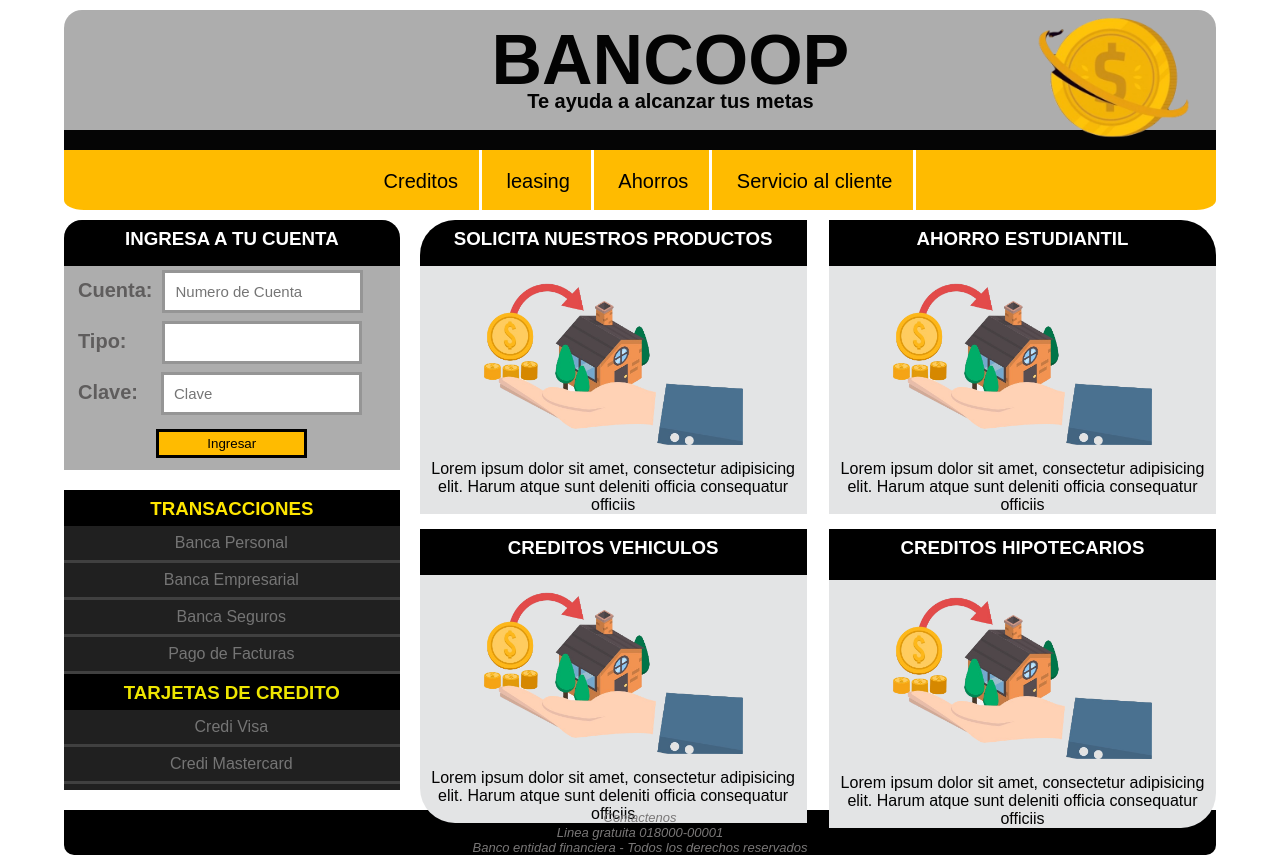
Repository: NickArregoces/BANCOOP
Page: Index.html
The author's editor kept a copy of each file at every save. The page is drawn from the files as they stood at one save, then again after the next save.
The browser window is 1280 px wide. The pictures show the whole page.

Above is the page before, as saved 2021-10-04 17:47:11.

### Index.html
<!DOCTYPE html>
<html lang="en">
<head>
    <meta charset="UTF-8">
    <meta http-equiv="X-UA-Compatible" content="IE=edge">
    <meta name="viewport" content="width=device-width, initial-scale=1.0">
    <title>BANCOOP Home</title>
    <link rel="stylesheet" href="/CSS/Style.css">

</head>
<body>
    <div id="head">
        <header>
            <div class="image">
                <img src="/Images/logo.png" alt="logo">
            </div>
            <div class="title" >
                <h1>BANCOOP</h1>
                <h3>Te ayuda a alcanzar tus metas</h3>
            </div>

        </header>

        <nav class="barra"></nav>

        <div class="navegador">
            <ul class="menu">
                <li><a href="#">Creditos</a></li>
                <li><a href="#">leasing</a></li>
                <li><a href="#">Ahorros</a></li>
                <li><a href="#">Servicio al cliente</a></li>
            </ul>
        </div>

    </div>
        <div id="Contenido">
            <div class="section">
                <form action="" class="login">
                    <h3 style="color: rgb(255, 255, 255);">INGRESA A TU CUENTA</h3>
                        <div class="cuenta">
                            <h4>Cuenta:<input type="number" placeholder="Numero de Cuenta" required></h4>
                        </div>

                        <div class="tipo">
                            <h4>Tipo:<input type="text" required></h4>
                        </div>

                        <div class="clave">
                            <h4>Clave:<input type="password" placeholder="Clave" required></h4>
                        </div>

                    <div class="center">
                        <button class="sumbit"> Ingresar </button>
                    </div>

                </form>

                <article class="opciones">
                    <h3 style="color: rgb(255, 230, 0);">TRANSACCIONES</h3>
                    <li><a href="#">Banca Personal</a></li>
                    <li><a href="#">Banca Empresarial</a></li>
                    <li><a href="#">Banca Seguros</a></li>
                    <li><a href="#">Pago de Facturas</a></li>

                    <h3 style="color: rgb(238, 230, 0);">TARJETAS DE CREDITO</h3>
                    <li><a href="#">Credi Visa</a></li>
                    <li><a href="#">Credi Mastercard</a></li>
                </article>
            </div>

            <div id="Cuadros">
                <aside>
                    <div class="solicita">
                        <h3 style="color: rgb(255, 255, 255);">SOLICITA NUESTROS PRODUCTOS</h3>

                        <div id="Prueba">
                        <img id="Prubea" src="/Images/Wallpaper(80).jpg" alt="">
                        </div>

                        <p>Lorem ipsum dolor sit amet, consectetur adipisicing elit.
                            Harum atque sunt deleniti officia consequatur officiis</p>
                    </div>

                    <div class="ahorro">
                        <h3 style="color: rgb(255, 255, 255);">AHORRO ESTUDIANTIL</h3>

                        <div id="Prueba">
                        <img id="Prubea" src="/Images/Wallpaper(80).jpg" alt="">
                        </div>

                        <p>Lorem ipsum dolor sit amet, consectetur adipisicing elit.
                            Harum atque sunt deleniti officia consequatur officiis</p>
                    </div>

                    <div class="credito">
                        <h3 style="color: rgb(255, 255, 255);">CREDITOS VEHICULOS</h3>

                        <div id="Prueba">
                        <img id="Prubea" src="/Images/Wallpaper(80).jpg" alt="">
                        </div>

                        <p>Lorem ipsum dolor sit amet, consectetur adipisicing elit.
                            Harum atque sunt deleniti officia consequatur officiis</p>
                    </div>
                    <div class="hipotecario">
                        <h3 style="color: rgb(255, 255, 255);">CREDITOS HIPOTECARIOS</h3>

                        <div id="Prueba">
                        <img id="Prubea" src="/Images/Wallpaper(80).jpg" alt="">
                        </div>

                        <p>Lorem ipsum dolor sit amet, consectetur adipisicing elit.
                            Harum atque sunt deleniti officia consequatur officiis</p>
                    </div>
                </aside>
            </div>

            <div>
                <footer>
                        <p>Contactenos</p>
                        <p>Linea gratuita 018000-00001</p>
                        <p>Banco entidad financiera
                        - Todos los derechos reservados</p>
                </footer>
            </div>
        </div>

</body>
</html>

### CSS/Style.css

*{
    margin: 0 auto;
    padding: 0px;
    list-style:none
}
body{
    font-family: Arial, Helvetica, sans-serif;
    background: rgb(255, 255, 255);
    width: 90%;
    color: rgb(3, 3, 3);
}
header{
    width: 100%;
    margin-top: 10px;
    background: rgb(173, 173, 173);
    border-top-left-radius:  18px;
    border-top-right-radius:  18px;
    height: 120px;
}
    img{
        float: right;
        width: 200px;
    }
    .title{
        float: right;
        width: 60%;
        margin-top: 20px;
    }
    header h1{
        font-size: 70px;
        text-align: center;
        line-height: 60px;
        display: block;
    }
    header h3{
        font-size: 20px;
        text-align: center;
    }

nav.barra{
    background: rgb(5, 5, 5);
    height: 20px;
}
div.navegador{
    text-align: center;
}

    ul.menu{
        border-bottom-left-radius: 20px 10px;
        border-bottom-right-radius: 20px 10px;
        background: rgb(255, 187, 0);
        height: 60px;
        list-style: none;
        padding: 0;
        max-width: 10000px;
    }
    .menu li a{
        height: 20px;
        font-size: 20px;
        margin-right: 1px;
        text-decoration: none;
        color:black;
        padding: 20px;
        display: inline-block;
    }
    .menu li {
        border-right: solid white;
        display: inline-block;
        }
    .menu li a:hover{
        background: #242323b6;
        color: white;
        }

.section{
    width: 30%;
    float: left;

}
    form{
        background: rgb(173, 173, 173);
        border-top-left-radius: 18px;
        border-top-right-radius: 18px;
        margin-top: 10px;
        margin-right:10px;
        margin-bottom: 10px;
        height: 250px;
    }
        form h3{
            text-align: center;
            background: black;
            height: 30px;
            padding: 8px;
            border-top-left-radius: 18px;
            border-top-right-radius: 18px;
        }
        form h4{
            font-size: 20px;
            padding: 4px;
            margin-left: 10px;
            color: rgb(95, 93, 93);

        }
        form input{
            font-size: 15px;
            width: 55%;
            padding: 10px;
            display: inline;
            border: solid rgb(149, 149, 149);
            margin-left: 10px;
        }
        div.clave input {
            margin-left: 23px;
        }

        div.tipo input {
            margin-left: 35px;
        }

        div.center{
            margin-top: 10px;
            margin: auto;
            text-align: center;
            width: 50%;
            cursor: pointer;
        }
        button{
            margin-top: 10px;
            width: 90%;
            padding: 4px;
            background: rgb(255, 187, 0);
            border: solid black;
            cursor: pointer;
        }
        button:hover{
            background: #242323b6;
            color: rgb(251, 227, 3);
        }

    article {
        height: 300px;
        background: rgb(32, 32, 32);
        margin-top: 20px;
        margin-right:10px;
        margin-bottom: 10px;
    }
        article h3{
            text-align: center;
            padding: 8px;
            height: 20px;
            background: black;
        }
        .opciones li a{
            margin-right: 1px;
            text-align: center;
            text-decoration: none;
            color:rgb(117, 117, 117);
            padding: 8px;
            display: inline-block;
        }
        .opciones li {
            border-bottom: solid rgba(68, 68, 68, 0.897);
            text-align: center;
            display:inline-flexbox;
            }
        .opciones li a:hover{
            background: #242323b6;
            color: rgb(251, 227, 3);
            }

aside{
    width: 70%;
    height: 580px;
    margin-top: 10px;
    float: right;
    margin-bottom: 10px;
}
    div.solicita{
        width: 48%;
        float: left;
        border-top-left-radius: 35px;
        margin-left: 10px;
        background: #e3e4e5;
        text-align:center;

    }
        #Prueba{
            display: flex;
            align-items: center;
            justify-content: center;
        }
        div.solicita img {
            width: 260px;
            margin-top: 15px;
            margin-bottom: 15px;
        }
        div.solicita h3{
            text-align: center;
            background: black;
            height: 30px;
            padding: 8px;
            border-top-left-radius: 35px;
        }
        div.solicita p{
            display: inline-block;
            text-align: center;
        }

    div.ahorro {
        width: 48%;
        float: right;
        border-top-right-radius: 35px;
        margin-left: 10px;
        background: #e3e4e5;
     }
        div.ahorro img {
            width: 260px;
            margin-top: 15px;
            margin-bottom: 15px;
        }
        div.ahorro h3{
            text-align: center;
            background: black;
            height: 30px;
            padding: 8px;
            border-top-right-radius: 35px;
        }
        div.ahorro p{
            display: inline-block;
            text-align: center;
        }

    div.credito {
        width: 48%;
        float: left;
        margin-top: 15px;
        border-bottom-left-radius: 35px;
        margin-left: 10px;
        background: #e3e4e5;
    }
        div.credito img {
            width: 260px;
            margin-top: 15px;
            margin-bottom: 15px;
            }
            div.credito h3{
                text-align: center;
                background: black;
                height: 30px;
                padding: 8px;
            }
            div.credito p{
                display: inline-block;
                text-align: center;
            }

    div.hipotecario {
        width: 48%;
        float: right;
        border-top-right-radius: 35px;
        border-bottom-right-radius: 35px;
        margin-top: 15px;
        background: #e3e4e5;
        }
            div.hipotecario img {
                width: 260px;
                margin-top: 15px;
                margin-bottom: 15px;
            }
            div.hipotecario h3{
                text-align: center;
                background: black;
                height: 35px;
                padding: 8px;
            }
            div.hipotecario p{
                display: inline-block;
                text-align: center;
            }

footer{
    background: black;
    clear: both;
    border-bottom-left-radius: 10px;
    border-bottom-right-radius: 10px;
}
    footer p{
        font-size: 13px;
        text-align: center;
        line-height: 15px;
        color: rgb(121, 119, 119);
        font-style:italic;
    }

After the next save:
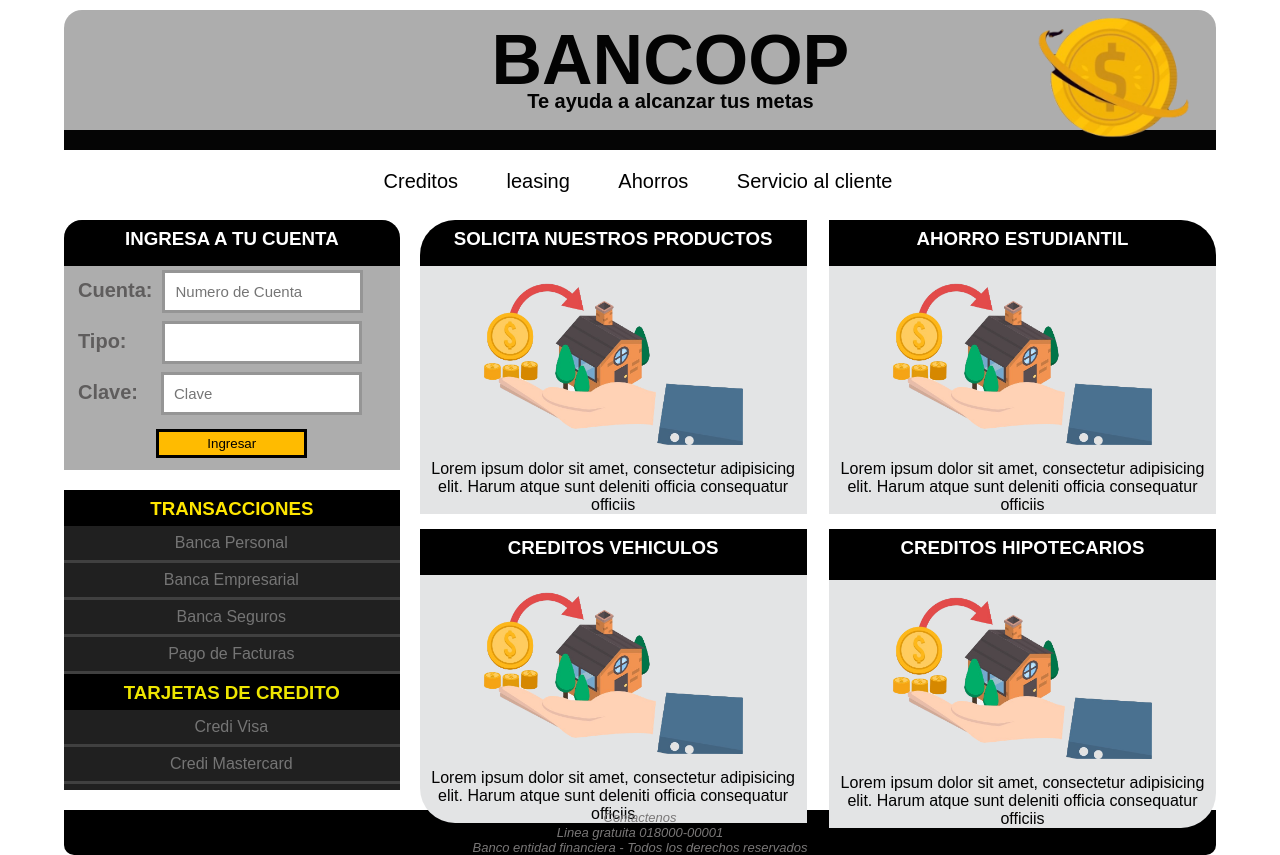
Saved 4 s later.
--- a/CSS/Style.css
+++ b/CSS/Style.css
@@ -49,7 +49,7 @@ div.navegador{
     ul.menu{
         border-bottom-left-radius: 20px 10px;
         border-bottom-right-radius: 20px 10px;
-        background: rgb(255, 187, 0);
+        color: rgb(251, 227, 3);
         height: 60px;
         list-style: none;
         padding: 0;
